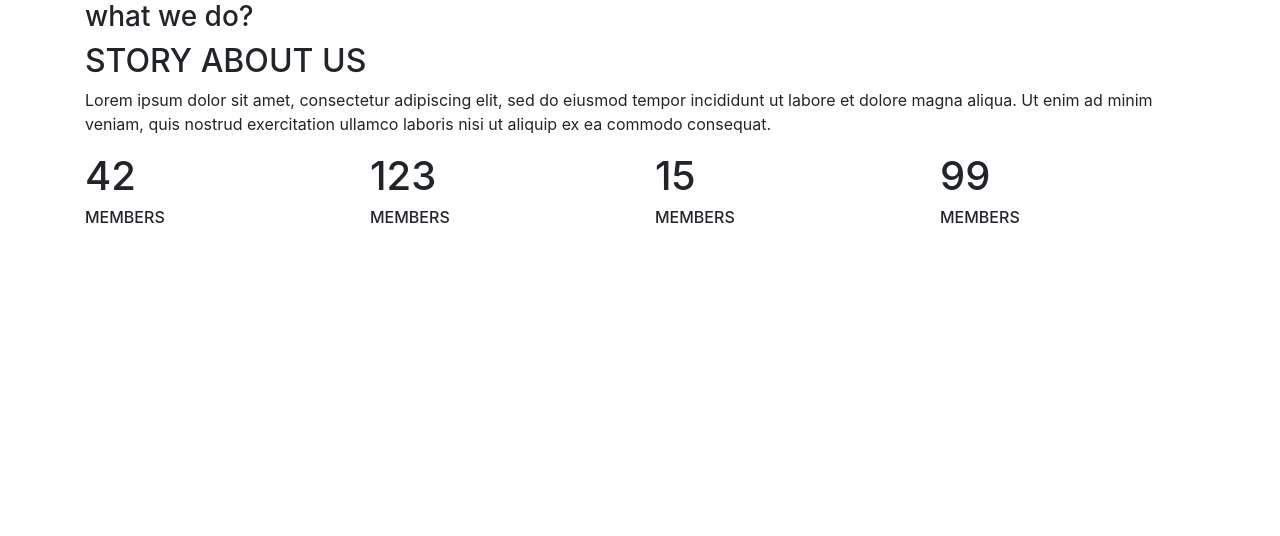
Repository: nourabdelhakam/MoGo-template
Page: index.html
The author's editor kept a copy of each file at every save. The page is drawn from the files as they stood at one save, then again after the next save.
The browser window is 1280 px wide. The pictures show the whole page.
Some web libraries are served in a nearby version. The style sheet was rebuilt from its Sass, Less or Tailwind sources for each picture, by a compiler version that may differ from the author's.

Above is the page before, as saved 2021-02-21 18:56:59.

### index.html
<!DOCTYPE html>
<html lang="en">
<head>
    <meta charset="UTF-8">
    <meta name="viewport" content="width=device-width, initial-scale=1.0">
    <link rel="stylesheet" href="https://cdnjs.cloudflare.com/ajax/libs/font-awesome/5.8.2/css/all.min.css" crossorigin="anonymous" />
    <title>Document</title>
    <link rel="stylesheet" href="css/bootstrap.min.css">
    <link rel="stylesheet" href="sass/main.css">
</head>
<body>
    <!-- WHAT WE DO------------------------------------- -->
    <section>
        <div class="container">
            <h3>what we do?</h3>
            <h2>STORY ABOUT US</h2>
            <p>Lorem ipsum dolor sit amet, consectetur adipiscing elit, sed do eiusmod tempor incididunt ut labore et dolore magna aliqua. Ut enim ad minim veniam, quis nostrud exercitation ullamco laboris nisi ut aliquip ex ea commodo consequat.</p>
            <div class="row"></div>
        </div>
    </section>
    <!--ENd WHAT WE DO------------------------------------- -->

    <!--STATISTICS------------------------------------- -->
    <section>
        <div class="container">
            <div class="row">
                <div class="col">
                    <h1>42</h1>
                    <h6>MEMBERS</h6>
                </div>
                <div class="col">
                    <h1>123</h1>
                    <h6>MEMBERS</h6>
                </div>
                <div class="col">
                    <h1>15</h1>
                    <h6>MEMBERS</h6>
                </div>
                <div class="col">
                    <h1>99</h1>
                    <h6>MEMBERS</h6>
                </div>
            </div>
        </div>
    </section>
    <!--END OF STATISTICS------------------------------------- -->


   <!-----------------------.------------------------------------------- -- -->
   <script src="js/jquery-3.5.1.slim.min.js"></script>
   <script src="js/popper.min.js"></script>

   <script src="js/bootstrap.min.js"></script>
</body>
</html>

Loaded but not shown: css/bootstrap.min.css (library); js/jquery-3.5.1.slim.min.js (library); js/popper.min.js (library); js/bootstrap.min.js (library); sass/main.scss (empty)

After the next save:
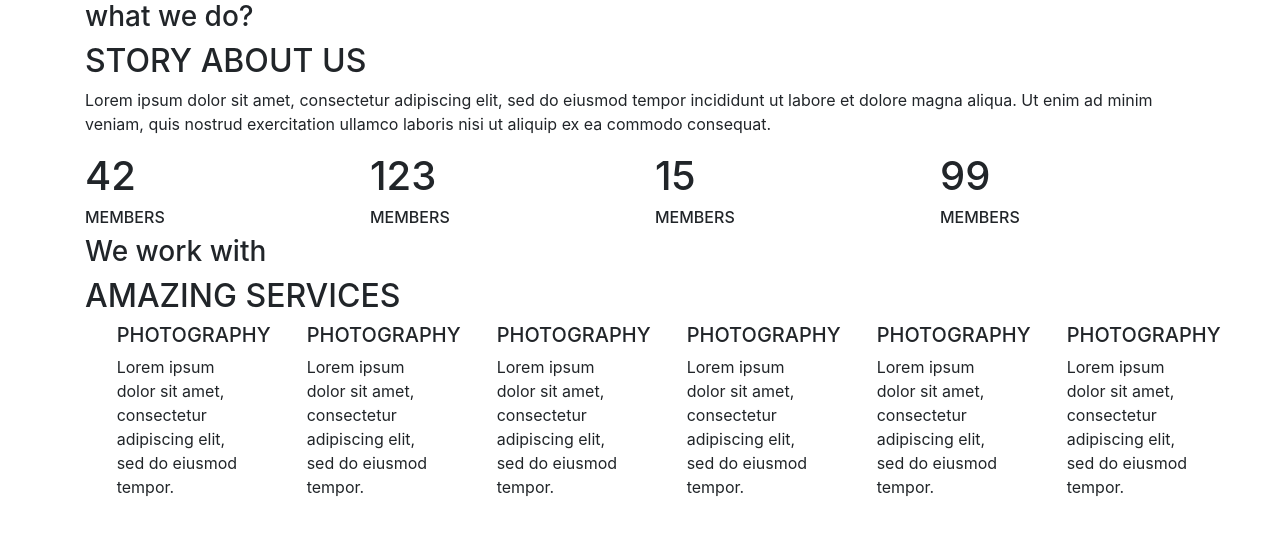
Saved 7 min 24 s later.
--- a/index.html
+++ b/index.html
@@ -45,6 +45,77 @@
     </section>
     <!--END OF STATISTICS------------------------------------- -->
 
+    <!-- We work with -------------------------------------------->
+    <section>
+        <div class="container">
+            <h3>We work with</h3>
+            <h2>AMAZING SERVICES</h2>
+            <div class="row">
+
+                <div class="col">
+                    <div class="row">
+                        <div class="col-2"></div>
+                        <div class="col-10">
+                            <h5>PHOTOGRAPHY</h5>
+                            <p>Lorem ipsum dolor sit amet, consectetur adipiscing elit, sed do eiusmod tempor.</p>
+                        </div>
+                    </div>
+                </div>
+
+                <div class="col">
+                    <div class="row">
+                        <div class="col-2"></div>
+                        <div class="col-10">
+                            <h5>PHOTOGRAPHY</h5>
+                            <p>Lorem ipsum dolor sit amet, consectetur adipiscing elit, sed do eiusmod tempor.</p>
+                        </div>
+                    </div>
+                </div>
+
+                <div class="col">
+                    <div class="row">
+                        <div class="col-2"></div>
+                        <div class="col-10">
+                            <h5>PHOTOGRAPHY</h5>
+                            <p>Lorem ipsum dolor sit amet, consectetur adipiscing elit, sed do eiusmod tempor.</p>
+                        </div>
+                    </div>
+                </div>
+
+                <div class="col">
+                    <div class="row">
+                        <div class="col-2"></div>
+                        <div class="col-10">
+                            <h5>PHOTOGRAPHY</h5>
+                            <p>Lorem ipsum dolor sit amet, consectetur adipiscing elit, sed do eiusmod tempor.</p>
+                        </div>
+                    </div>
+                </div>
+
+                <div class="col">
+                    <div class="row">
+                        <div class="col-2"></div>
+                        <div class="col-10">
+                            <h5>PHOTOGRAPHY</h5>
+                            <p>Lorem ipsum dolor sit amet, consectetur adipiscing elit, sed do eiusmod tempor.</p>
+                        </div>
+                    </div>
+                </div>
+
+                <div class="col">
+                    <div class="row">
+                        <div class="col-2"></div>
+                        <div class="col-10">
+                            <h5>PHOTOGRAPHY</h5>
+                            <p>Lorem ipsum dolor sit amet, consectetur adipiscing elit, sed do eiusmod tempor.</p>
+                        </div>
+                    </div>
+                </div>
+            </div>
+        </div>
+    </section>
+    <!-- end of We work with -------------------------------------------->
+
 
    <!-----------------------.------------------------------------------- -- -->
    <script src="js/jquery-3.5.1.slim.min.js"></script>
